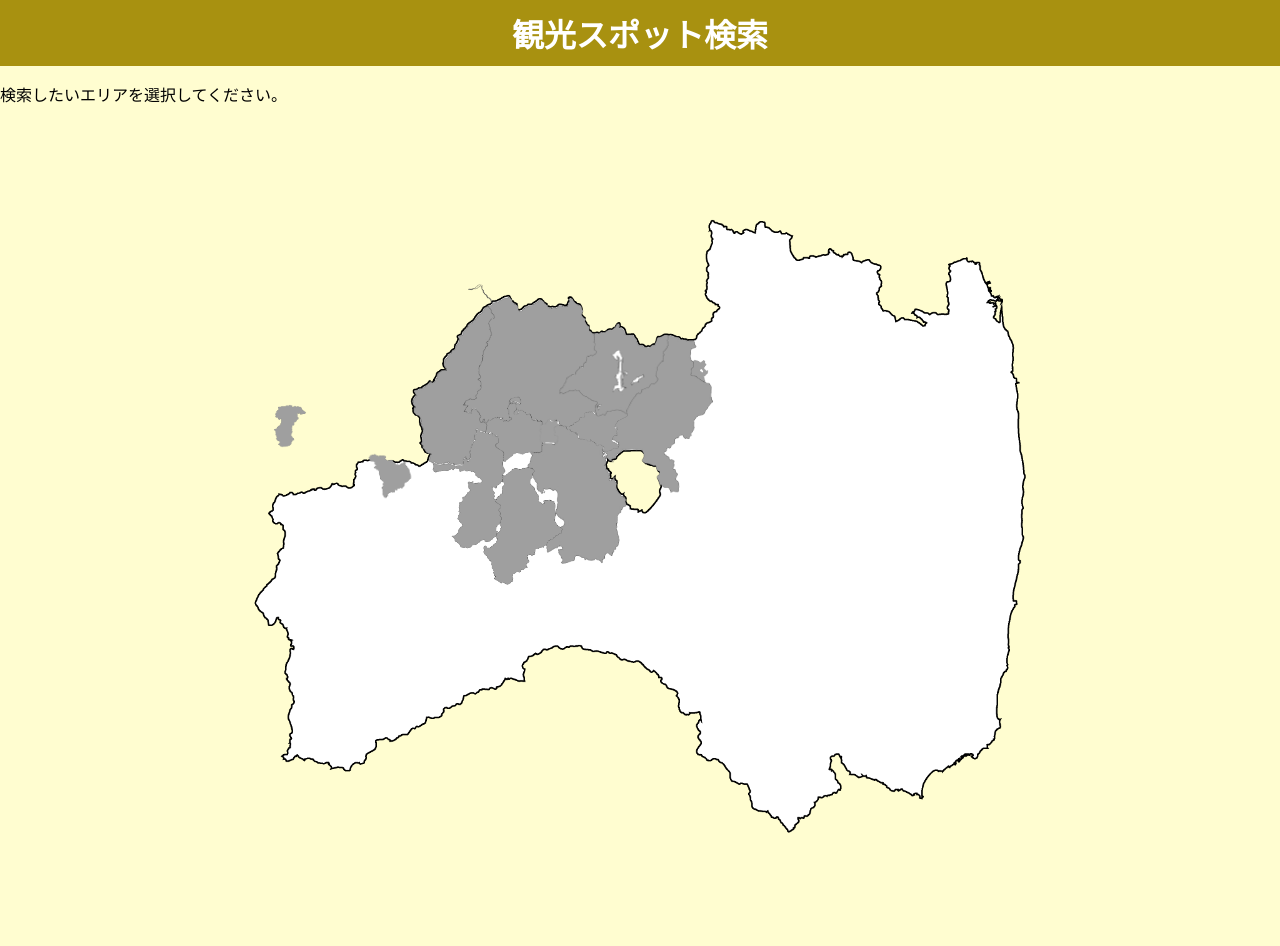
Repository: ryoutana/tanaryou.github.io
Page: Downloads/project/index.html
These files come from the project's save history. The page is drawn as it stood at one moment and after a run of saves; the edit follows.
The browser window is 1280 px wide. The pictures show the whole page.

Above is the page before, as saved 2025-04-29 13:55:47.

After the next 11 saves:
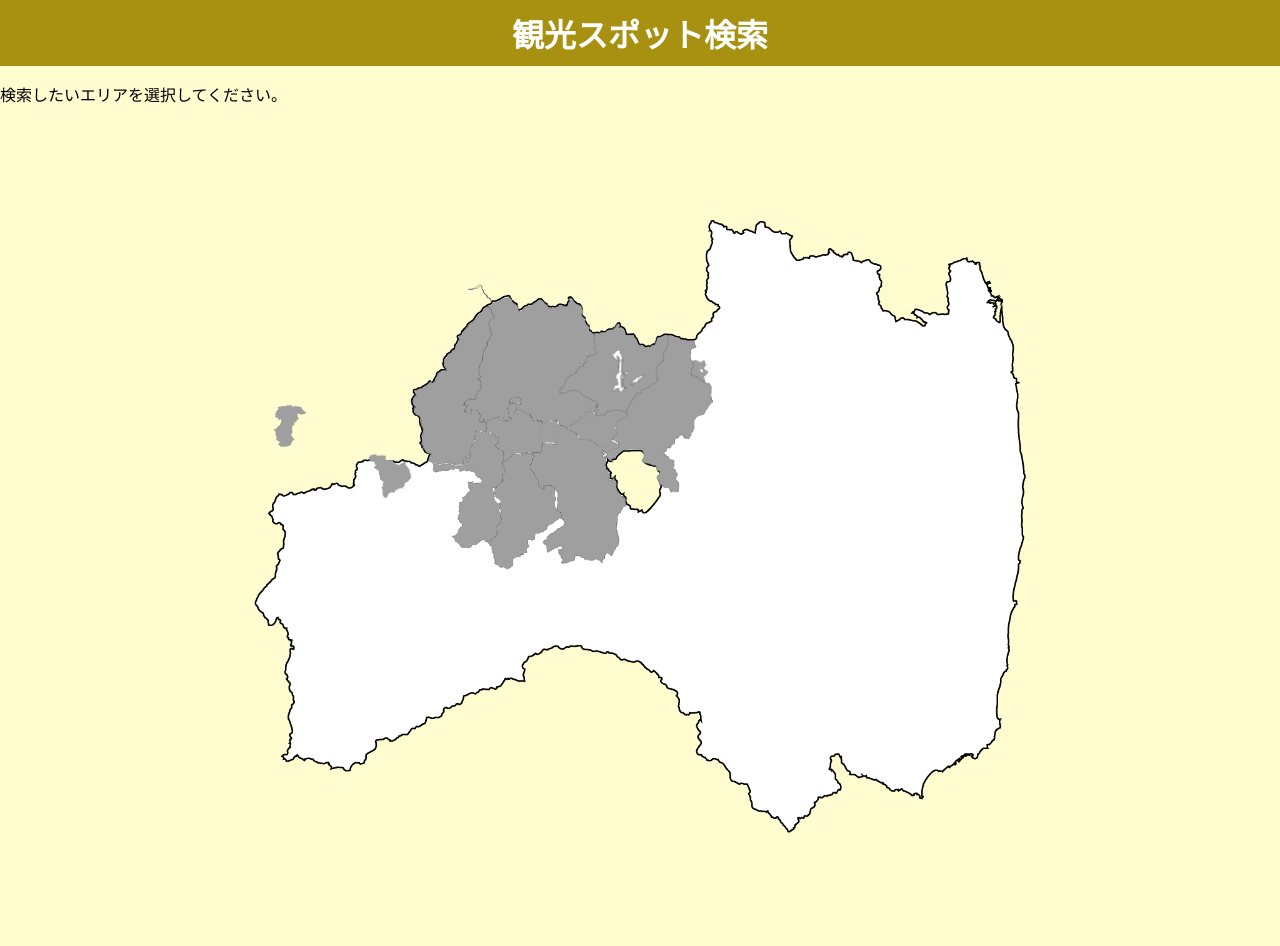
The 11 saves are shown as one change because they came seconds apart.
The last was saved 30 s later.
--- a/Downloads/project/script.js
+++ b/Downloads/project/script.js
@@ -4,7 +4,7 @@
 const spots = [
     { name: '会津坂下町', img: '会津坂下町(白地図).png', x: 275, y: 303, width: 78 },
     { name: '会津若松市', img: '会津若松市(白地図).png', x: 337, y: 368, width: 158 },
-    { name: '会津美里町', img: '会津美里町(白地図).png', x: 283, y: 400, width: 133 },
+    { name: '会津美里町', img: '会津美里町(白地図).png', x: 283, y: 385, width: 132 },
     { name: '喜多方市', img: '喜多方市(白地図).png', x: 291, y: 230, width: 170 },
     { name: '金山町', img: '金山町(白地図).png', x: 450, y: 250, width: 45 },
     { name: '三島町', img: '三島町(白地図).png', x: 50, y: 300, width: 50 },
